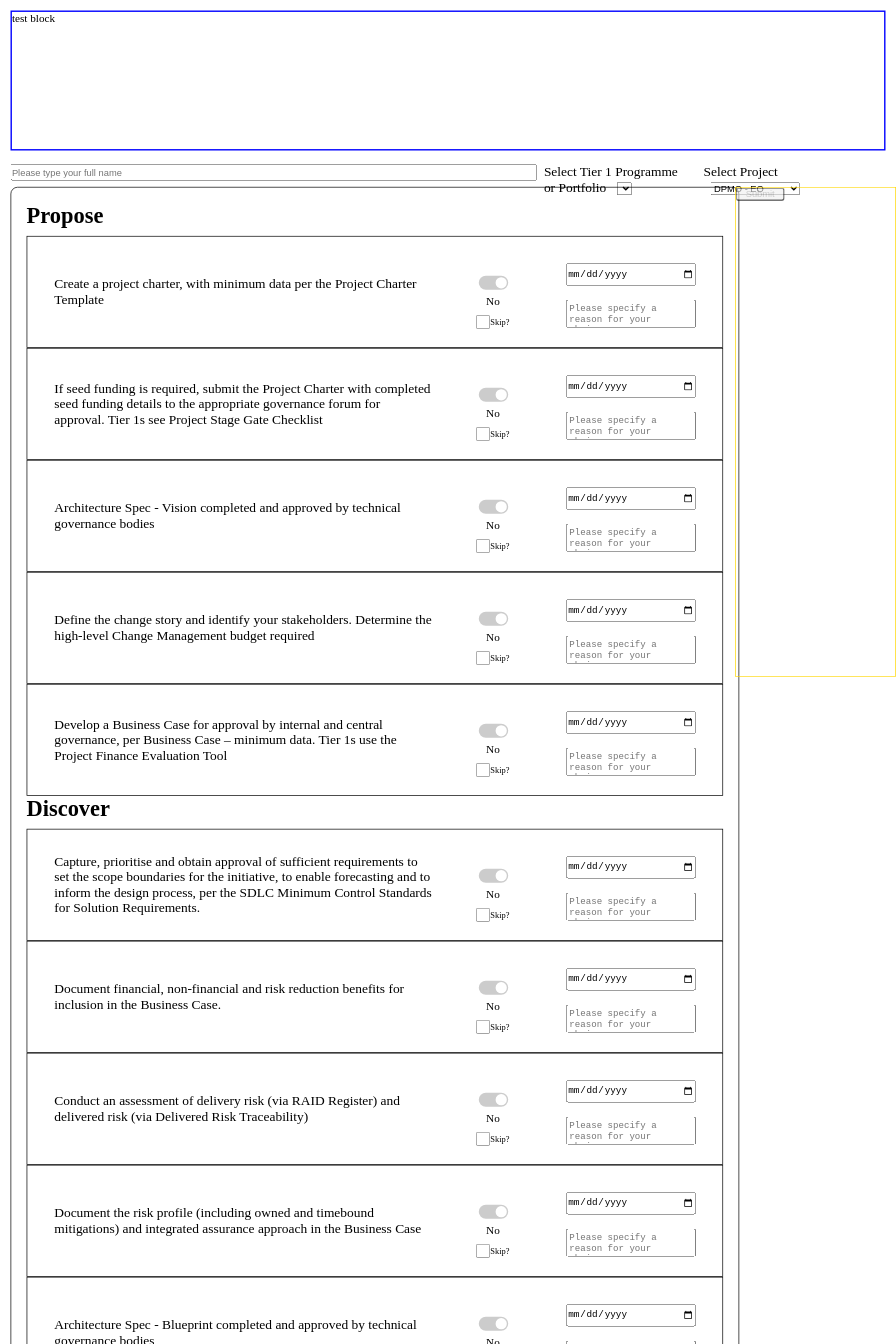
Repository: I-Alpha/JQuery-Html-form
Page: Project-form.html
The author's editor kept a copy of each file at every save. The page is drawn from the files as they stood at one save, then again after the next save.
The browser window is 1280 px wide. The pictures show the part of the page from y = 0 to 1920 px (the page is 8699 px tall), at 70% of full size.

Above is the page before, as saved 2020-10-27 00:59:36.

After the next save:
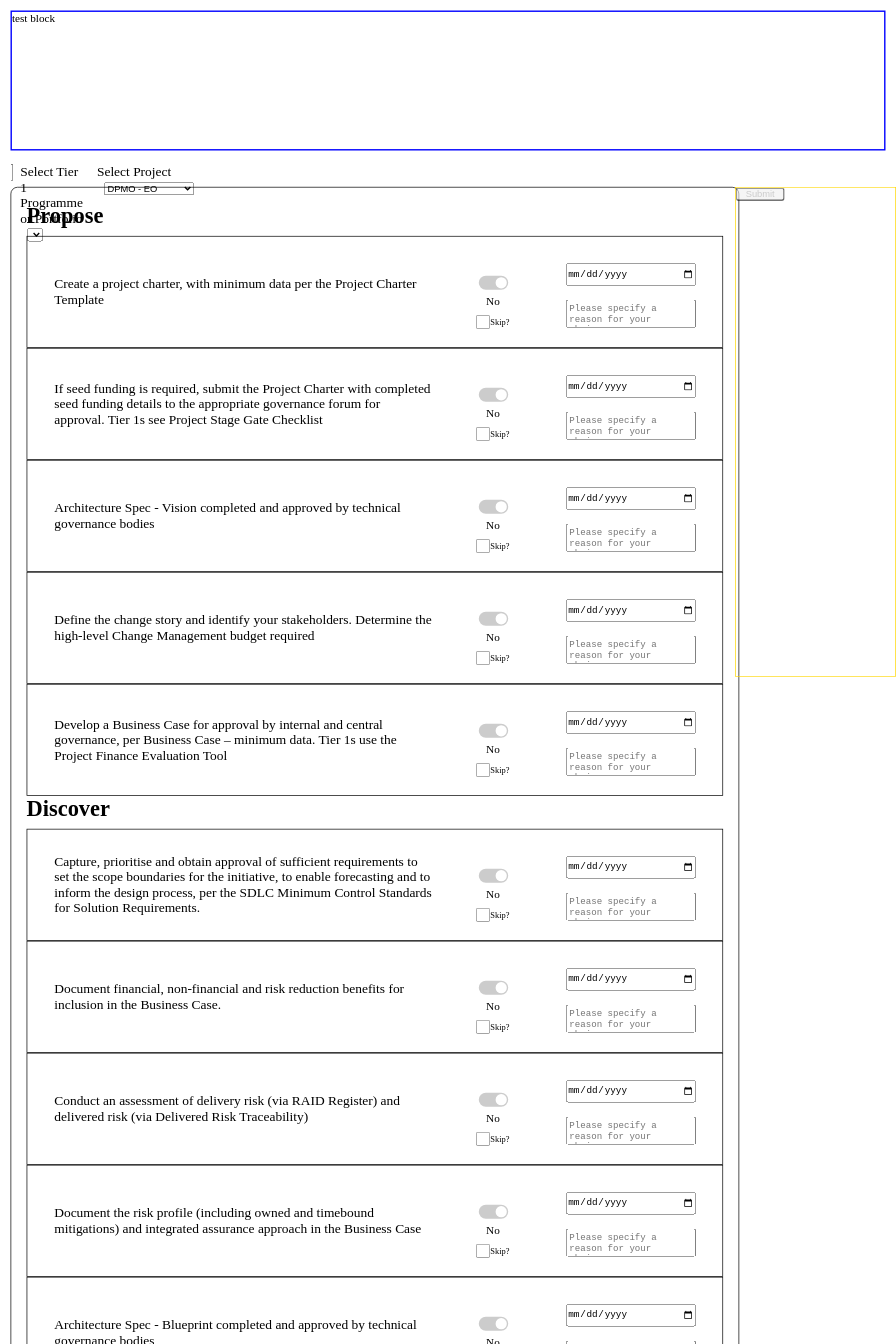
Saved 8 s later.
--- a/main.css
+++ b/main.css
@@ -310,7 +310,7 @@ and (min-width : 1224px) {
   #preBar{
    display: grid;
    flex-direction: row;
-   grid-template-columns: auto  4rem;
+   grid-template-columns: 4rem  4rem;
   grid-row:1 ;
   grid-column: 3;
    margin : 10px 0;
